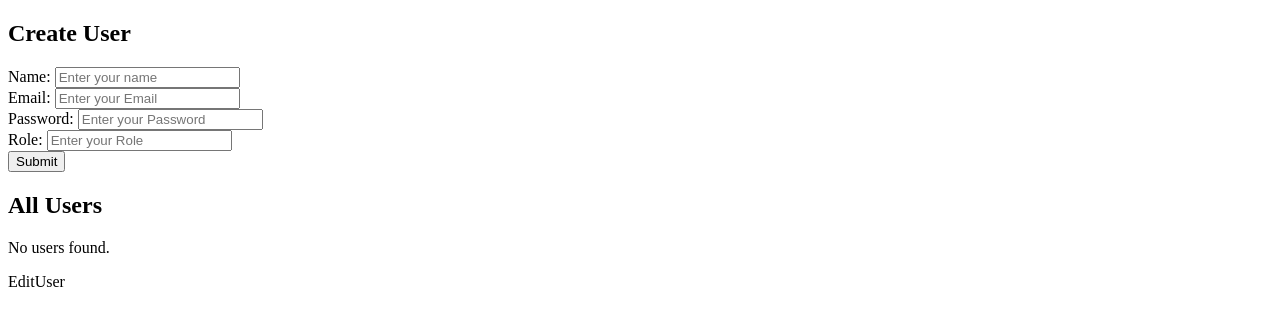
Repository: bharathabhi46/SkillSync-FrontEnd
Page: /RegisterUser
The author's editor kept a copy of each file at every save. The page is drawn from the files as they stood at one save, then again after a run of saves.
The browser window is 1280 px wide. The pictures show the whole page.
The page's requests for data from a server got no answer. The project was rebuilt for these pictures with package versions that can differ from the ones it lists, and the page was loaded fresh each time. No one was signed in, and anything a server would have sent is missing. Also part of the build but not shown: vite.config.js.

Above is the page before, as saved 2025-06-23 14:54:41.

### src/App.jsx
import React from "react";
import CreateUser from "./Components/CreateUser/CreateUser";
import UserList from "./Components/UserList/UserList";
import EditUser from "./Components/EditUser/EditUser";

const App = () => {
  return (
    <>
      <CreateUser />
      <UserList />
      <EditUser />
    </>
  );
};

export default App;

### src/Components/CreateUser/CreateUser.jsx
import React, { useState } from "react";

const CreateUser = () => {
  let url = "http://localhost:8080/api/users";
  let [formData, setFormData] = useState({
    name: "",
    email: "",
    password: "",
    role: "",
  });
  function handleOnChange(e) {
    setFormData((prevData) => ({
      ...prevData,
      [e.target.name]: e.target.value,
    }));
  }
  async function handleSubmit(e) {
    e.preventDefault();
    try {
      let res = await fetch(url, {
        method: "POST",
        headers: {
          "Content-Type": "application/json",
        },
        body: JSON.stringify(formData),
      });
      console.log(res);
      if (res.ok) {
        alert("User Created Successfully");
        setFormData({ name: "", email: "", password: "", role: "" });
      } else {
        alert("Failed to Create the User");
      }
    } catch (error) {
      console.error("Error", error);
    }
  }
  return (
    <div>
      <h2>Create User</h2>
      <form onSubmit={handleSubmit}>
        <label>Name: </label>
        <input
          type="text"
          name="name"
          id="name"
          value={formData.name}
          onChange={handleOnChange}
          placeholder="Enter your name"
        />
        <br />
        <label>Email: </label>
        <input
          type="email"
          name="email"
          id="email"
          value={formData.email}
          onChange={handleOnChange}
          placeholder="Enter your Email"
        />
        <br />
        <label>Password: </label>

        <input
          type="password"
          name="password"
          id="password"
          value={formData.password}
          onChange={handleOnChange}
          placeholder="Enter your Password"
        />
        <br />
        <label>Role: </label>
        <input
          type="text"
          name="role"
          id="role"
          value={formData.role}
          onChange={handleOnChange}
          placeholder="Enter your Role"
        />
        <br />
        <button type="submit">Submit</button>
      </form>
    </div>
  );
};

export default CreateUser;

### src/Components/UserList/UserList.jsx
import React, { useState, useEffect } from "react";

const UserList = () => {
  let [userList, setUserList] = useState([]);
  let url = "http://localhost:8080/api/users";
  // let deleteUrl = "http://localhost:8080/api/users/";
  async function fetchUsers(url) {
    try {
      let res = await fetch(url);
      let data = await res.json();
      setUserList(data);
    } catch (error) {
      alert("Falied to Fetch Users");
      console.error("Error : ", error);
    }
  }
  async function deleteUser(url, id) {
    try {
      await fetch(`${url}/${id}`, {
        method: "DELETE",
      });
      fetchUsers(url);
      alert("Successfully Deleted User");
    } catch (error) {
      alert("Falied to Delete User");
      console.error("Error : ", error);
    }
  }
  useEffect(() => {
    fetchUsers(url);
  }, []);
  return (
    <div>
      <h2>All Users</h2>
      {userList.length === 0 ? (
        <p>No users found.</p>
      ) : (
        <table border="1" cellPadding="8" cellSpacing="0">
          <thead>
            <tr>
              <th>ID</th>
              <th>Name</th>
              <th>Email</th>
              <th>Role</th>
              <th>Password</th>
            </tr>
          </thead>
          <tbody>
            {userList.map((user) => (
              <tr key={user.id}>
                <td>{user.id}</td>
                <td>{user.name}</td>
                <td>{user.email}</td>
                <td>{user.role}</td>
                <td>{user.password}</td>
                <td>
                  <button
                    onClick={() => {
                      deleteUser(url, user.id);
                    }}
                  >
                    Delete
                  </button>
                </td>
              </tr>
            ))}
          </tbody>
        </table>
      )}
    </div>
  );
};

export default UserList;

### src/Components/EditUser/EditUser.jsx
import React from "react";

const EditUser = () => {
  return <div>EditUser</div>;
};

export default EditUser;

Loaded but not shown: index.html (common file); src/main.jsx (common file)

After the next 3 saves:
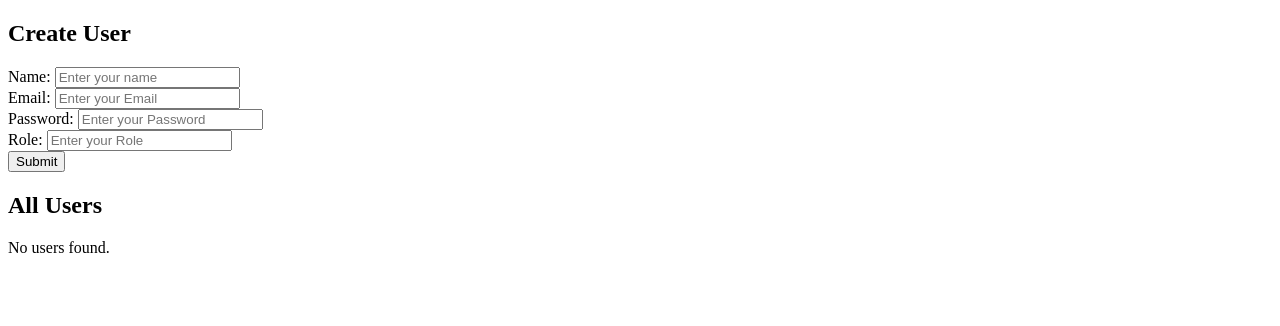
The 3 saves are shown as one change because 2 did not build or start.
The last was saved 3 min 5 s later.
--- a/src/Components/EditUser/EditUser.jsx
+++ b/src/Components/EditUser/EditUser.jsx
@@ -1,7 +1,14 @@
+import { useState } from "react";
 import React from "react";
 
 const EditUser = () => {
-  return <div>EditUser</div>;
+  let [updateForm, setUpdateForm] = useState({
+    name: "",
+    email: "",
+    password: "",
+    role: "",
+  });
+  return <></>;
 };
 
 export default EditUser;
